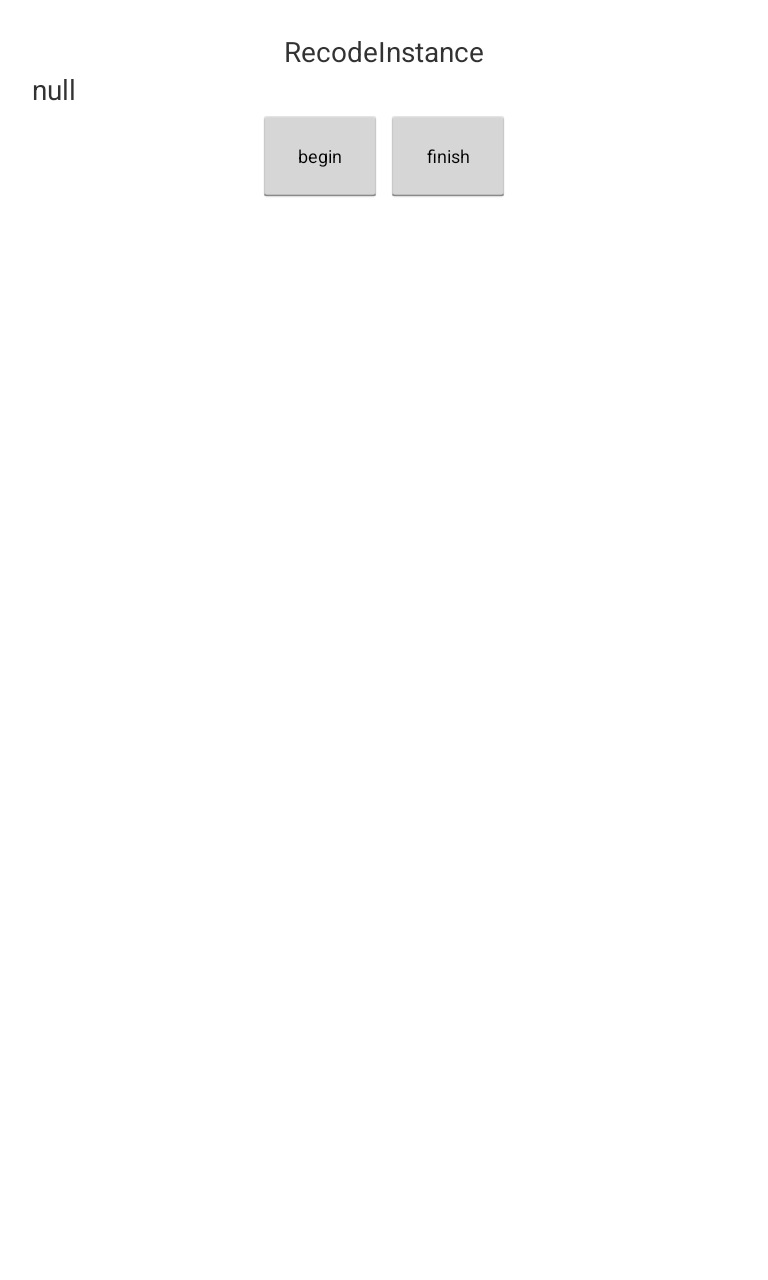
Repository: ShigerD/AndroidSample
Layout: Sample/Sample13/Sample13_5/Recode/res/layout/activity_main.xml
The author's editor kept a copy of each file at every save. The layout is drawn from the files as they stood at one save, then again after the next save.
It is drawn on a 768 x 1280 px phone screen (xhdpi) without system bars, with theme AppTheme; the app's code is not run.

Above is the layout before, as saved 2016-08-18 08:00:03.

After the next save:
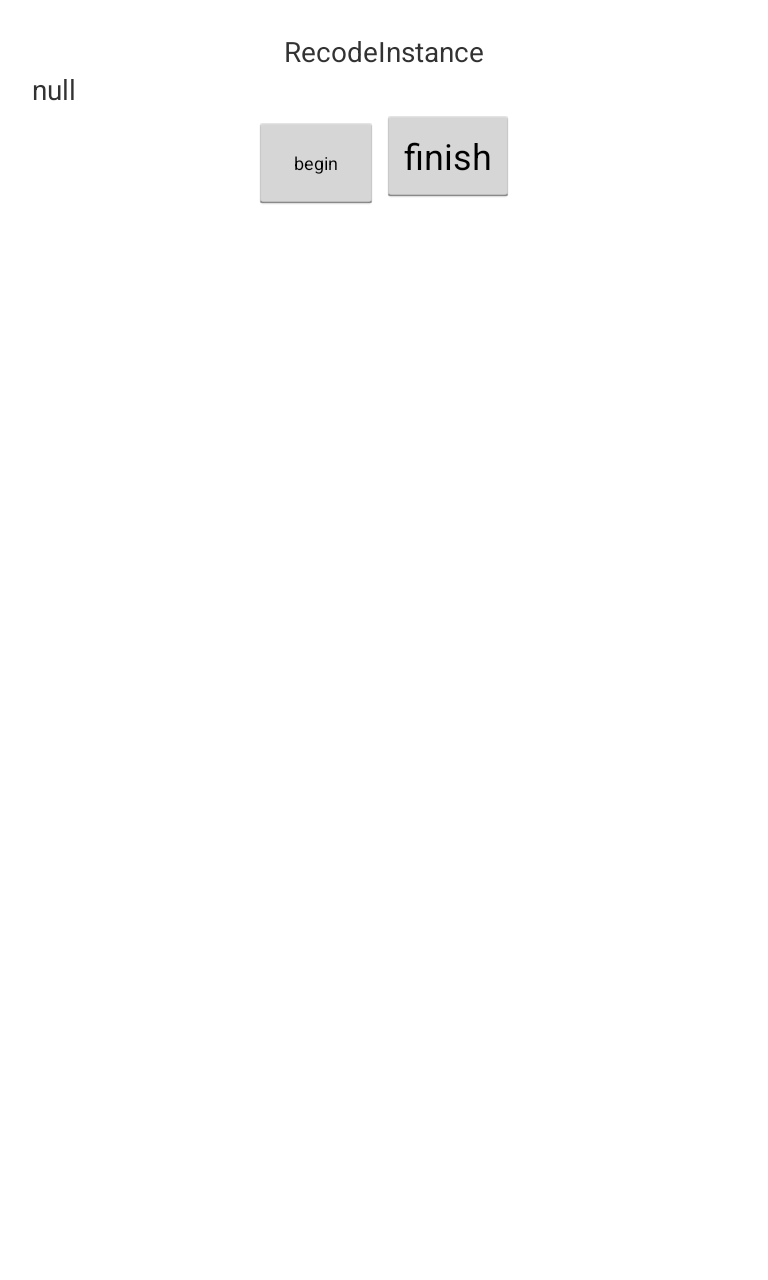
Saved 13 s later.
--- a/Sample/Sample13/Sample13_5/Recode/res/layout/activity_main.xml
+++ b/Sample/Sample13/Sample13_5/Recode/res/layout/activity_main.xml
@@ -34,14 +34,13 @@
 
             <Button
                 android:id="@+id/start"
+                android:layout_width="wrap_content"
                 android:textSize="18px"
-                android:layout_width="wrap_content"
                 android:layout_height="wrap_content"
                 android:text="@string/start" />
 
             <Button
                 android:id="@+id/stop"
-                android:textSize="18px"
                 android:layout_width="wrap_content"
                 android:layout_height="wrap_content"
                 android:text="@string/stop" />
